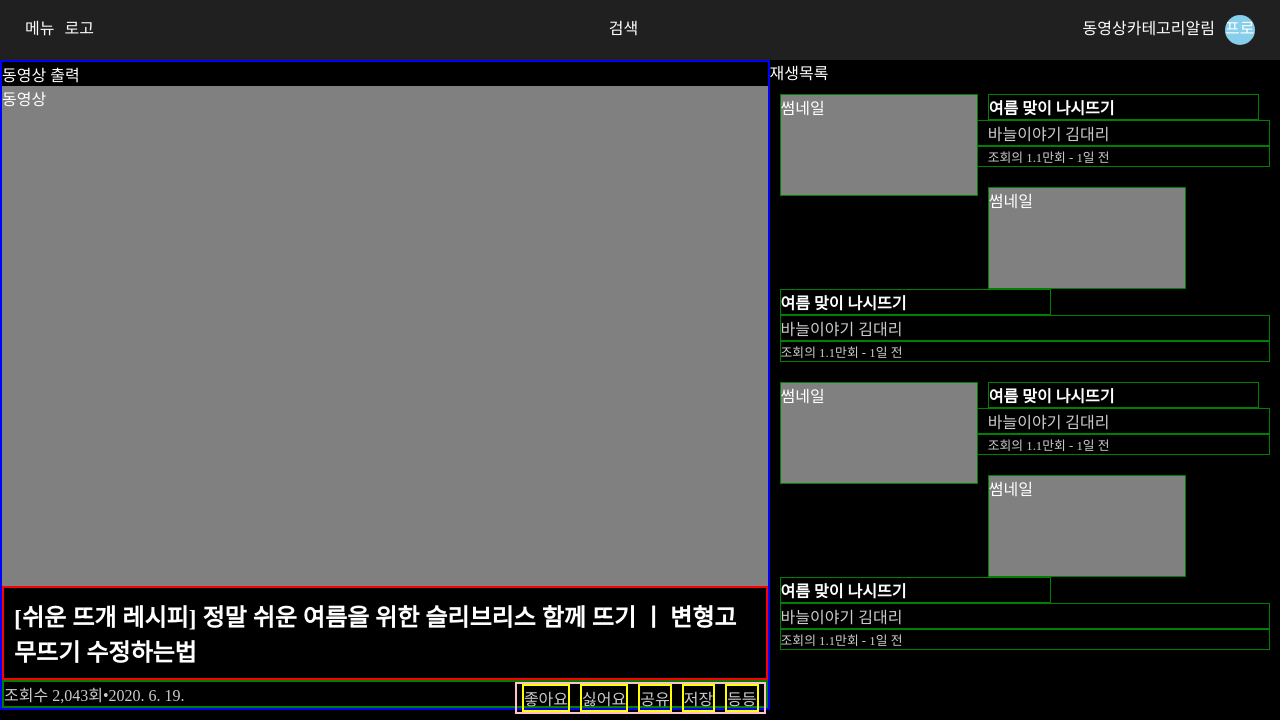
Repository: roseline0912/LikeLion
Page: YouTube_Clone/youtube.html
The author's editor kept a record of every edit. The page is drawn from the files as they stood at one moment, then again after the next edit.
The browser window is 1280 px wide. The pictures show the whole page.
An inner scrolling area shows only its first screen.

Above is the page before.

After the next edit:
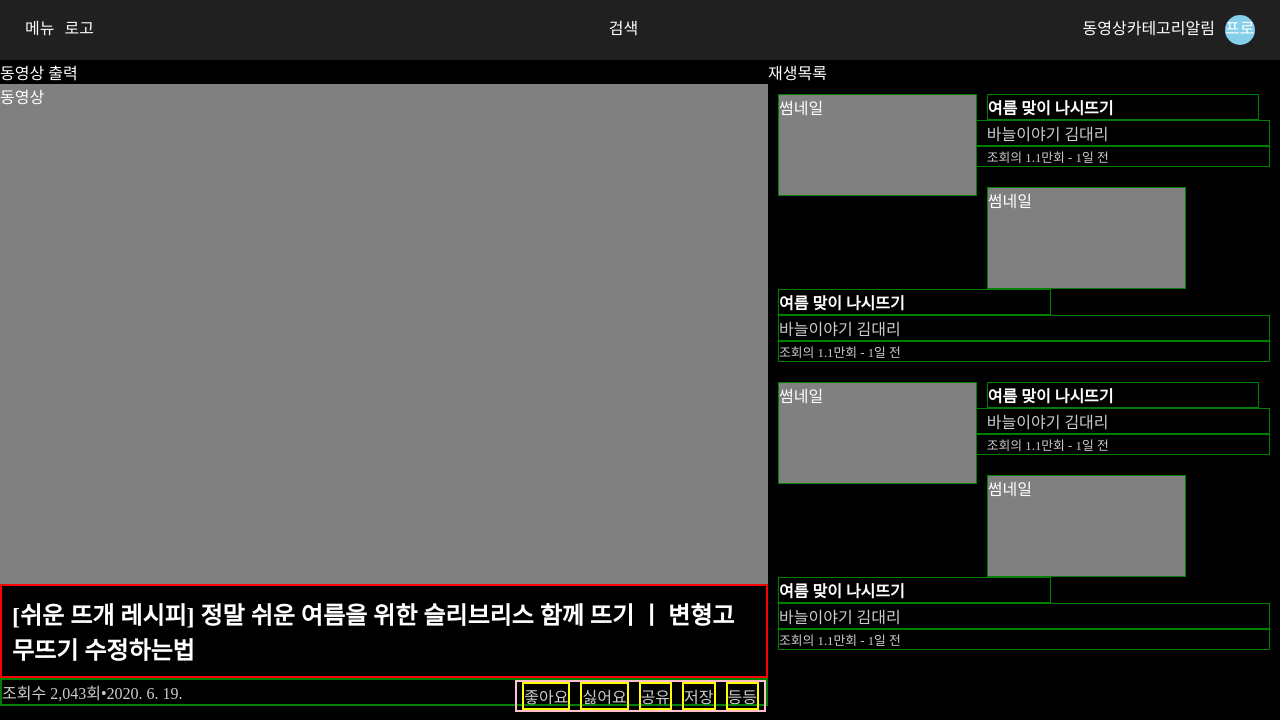
The edit:
--- a/YouTube_Clone/youtube.css
+++ b/YouTube_Clone/youtube.css
@@ -44,7 +44,7 @@
 
 }
 .container .left-section{
-    border: 2px solid blue;
+    /*border: 2px solid blue;*/
     display: inline-block;
     /*width: 28%;*/
     min-height:600px;
